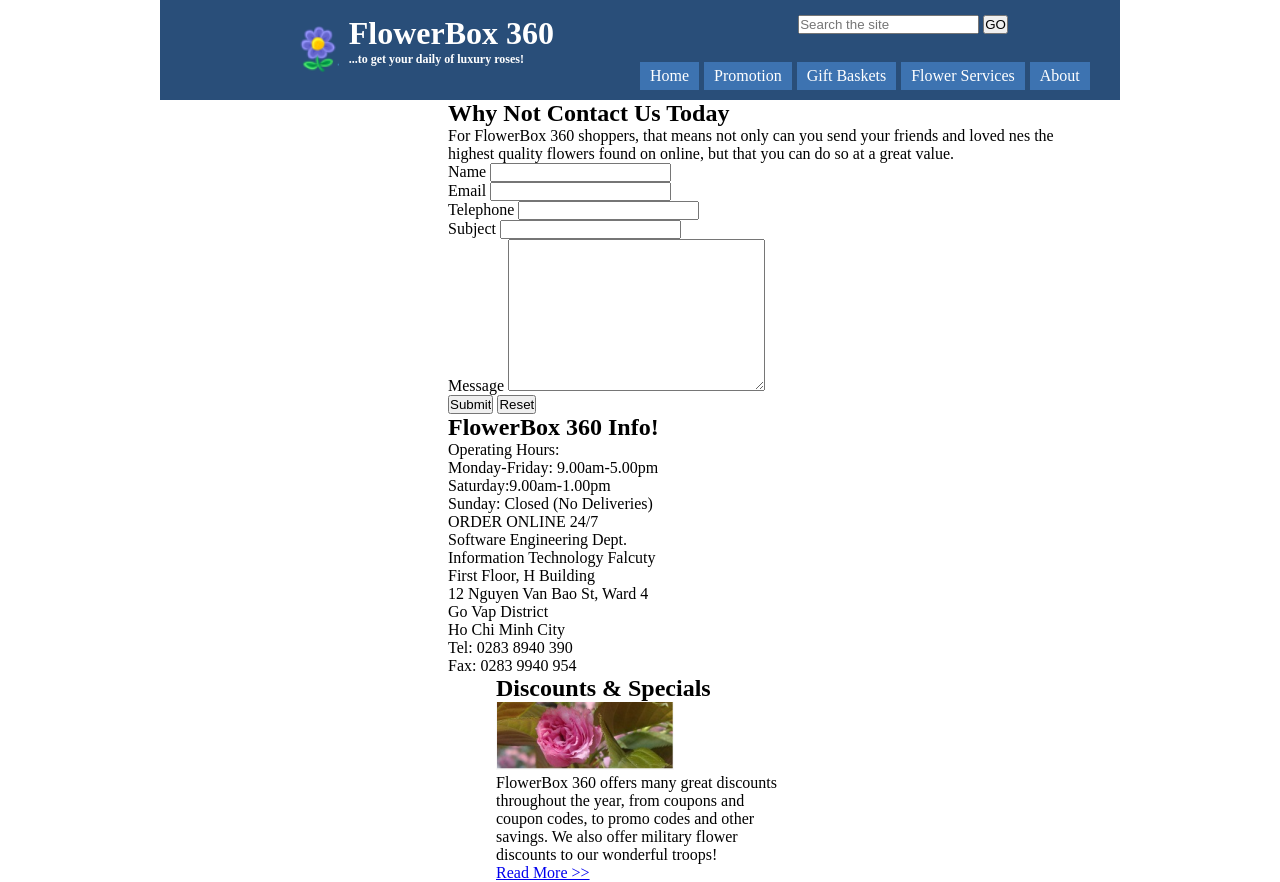
Repository: hoangnguyen1903/STT_21084321_NguyenHuyHoang_DHKHMT17B_Tuan4_DeThamKhao3
Page: html/demo.html
An editor plug-in stored every save of this project. The page is shown before and after the next save, followed by the edit.
The browser window is 1280 px wide. The pictures show the whole page.

Above is the page before, as saved 2023-03-09 14:45:18.

### html/demo.html
<!DOCTYPE html>
<html lang="en">
  <head>
    <meta charset="UTF-8" />
    <meta http-equiv="X-UA-Compatible" content="IE=edge" />
    <meta name="viewport" content="width=device-width, initial-scale=1.0" />
    <title>Demo 3</title>
    <style>
      * {
        padding: 0;
        box-sizing: border-box;
        margin: 0 auto;
      }

      .wrapper {
        width: 960px;
        height: 100%;
      }

      .header {
        width: 960px;
        height: 100px;
        background-color: #294e79;
        color: #fff;
        display: flex;
        position: relative;
      }

      .header > .header__left {
        display: flex;
        padding: 15px 20px;
      }

      .header > .header__left > img {
        padding-right: 10px;
      }

      .header > .header__left > div > h2 {
        font-size: 12px;
      }

      .header > .header__right {
        padding-top: 15px;
      }

      .header > .header__bottom {
        position: absolute;
        bottom: 10px;
        left: 50%;
        display: flex;
      }

      .header > .header__bottom > li {
        list-style: none;
        margin-right: 5px;
        background-color: #3d73b1;
        padding: 5px 10px;
      }

      .header > .header__bottom > li:hover {
        background-color: #fff;
      }

      .header > .header__bottom > li:hover > a {
        color: #000;
      }

      .header > .header__bottom > li > a {
        text-decoration: none;
        color: white;
      }

      .content > .content__left {
        width: calc(70% - 30px);
        margin-right: 30px;
      }

      .content > .content__right {
        width: 30%;
      }
    </style>
  </head>
  <body>
    <div class="wrapper">
      <div class="header">
        <div class="header__left">
          <img src="../img/AnhLogo.PNG" alt="Logo" class="logo" />
          <div>
            <h1>FlowerBox 360</h1>
            <h2>...to get your daily of luxury roses!</h2>
          </div>
        </div>
        <ul class="header__bottom">
          <li><a href="#">Home</a></li>
          <li><a href="#">Promotion</a></li>
          <li><a href="#">Gift Baskets</a></li>
          <li><a href="#">Flower Services</a></li>
          <li><a href="#">About</a></li>
        </ul>
        <div class="header__right">
          <input
            type="text"
            name="txt"
            id="txt"
            placeholder="Search the site"
          />
          <input type="button" value="GO" />
        </div>
      </div>
      <div class="content">
        <div class="content__left">
          <h2 class="content__left-top">Why Not Contact Us Today</h2>
          <div class="content__left-bottom">
            <div class="content__left-form">
              <p>
                For FlowerBox 360 shoppers, that means not only can you send
                your friends and loved nes the highest quality flowers found on
                online, but that you can do so at a great value.
              </p>
              <form action="">
                <div>
                  <label for="name">Name</label>
                  <input type="text" name="name" id="name" />
                </div>
                <div>
                  <label for="email">Email</label>
                  <input type="email" name="email" id="email" />
                </div>
                <div>
                  <label for="telephone">Telephone</label>
                  <input type="number" name="telephone" id="telephone" />
                </div>
                <div>
                  <label for="subject">Subject</label>
                  <input type="text" name="subject" id="subject" />
                </div>
                <div>
                  <label for="message">Message</label>
                  <textarea
                    name="message"
                    id="message"
                    cols="30"
                    rows="10"
                  ></textarea>
                </div>
                <div>
                  <input type="submit" value="Submit" />
                  <input type="reset" value="Reset" />
                </div>
              </form>
            </div>
            <div class="content__left-info">
              <h2 class="content__left-heading">FlowerBox 360 Info!</h2>
              <div>
                <p>Operating Hours:</p>
                <p>Monday-Friday: 9.00am-5.00pm</p>
                <p>Saturday:9.00am-1.00pm</p>
                <p>Sunday: Closed (No Deliveries)</p>
                <p>ORDER ONLINE 24/7</p>
              </div>
              <div>
                <p>Software Engineering Dept.</p>
                <p>Information Technology Falcuty</p>
                <p>First Floor, H Building</p>
              </div>
              <div>
                <p>12 Nguyen Van Bao St, Ward 4</p>
                <p>Go Vap District</p>
                <p>Ho Chi Minh City</p>
                <p>Tel: 0283 8940 390</p>
                <p>Fax: 0283 9940 954</p>
              </div>
            </div>
          </div>
        </div>
        <div class="content__right">
          <h2 class="content__right-top">Discounts & Specials</h2>
          <div class="content__right-bottom">
            <img src="../img/flower.PNG" alt="Flower" />
            <p>
              FlowerBox 360 offers many great discounts throughout the year,
              from coupons and coupon codes, to promo codes and other savings.
              We also offer military flower discounts to our wonderful troops!
            </p>
            <a href="#">Read More >></a>
          </div>
        </div>
      </div>
      <div class="footer"></div>
    </div>
  </body>
</html>

After the next save:
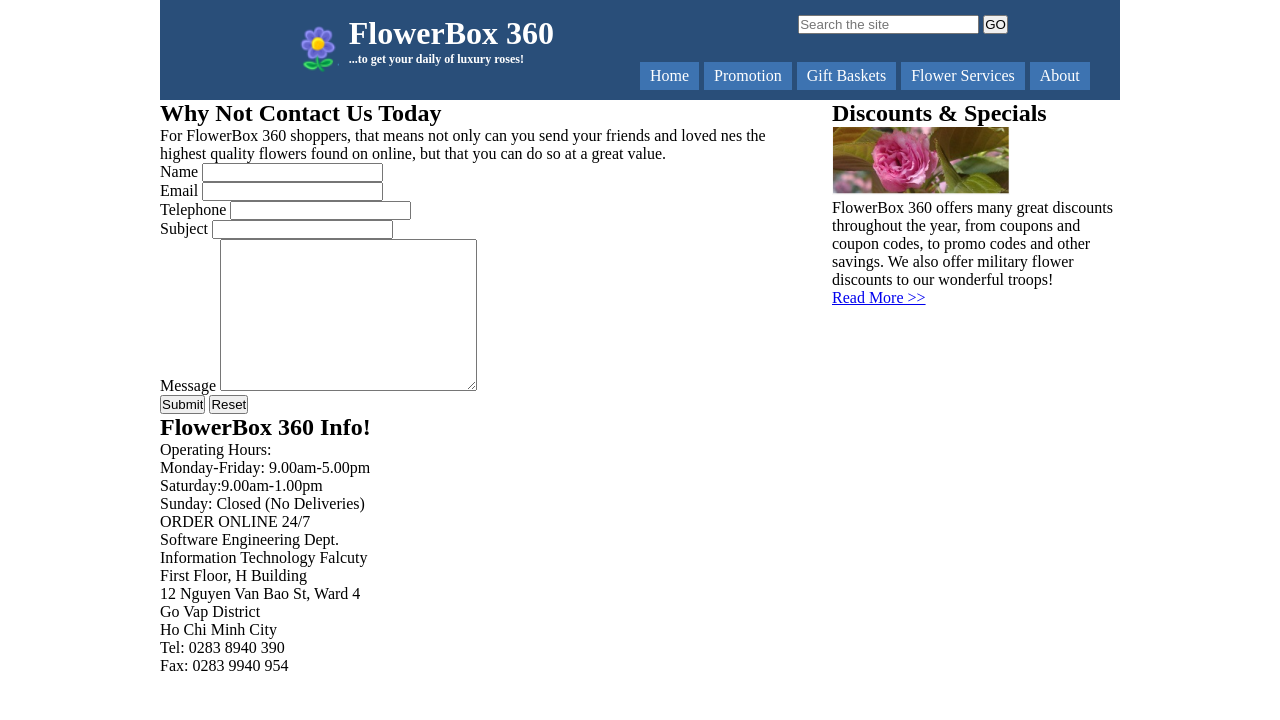
Saved 35 s later.
--- a/html/demo.html
+++ b/html/demo.html
@@ -68,6 +68,11 @@
       .header > .header__bottom > li > a {
         text-decoration: none;
         color: white;
+      }
+
+      .content {
+        width: 960px;
+        display: flex;
       }
 
       .content > .content__left {
